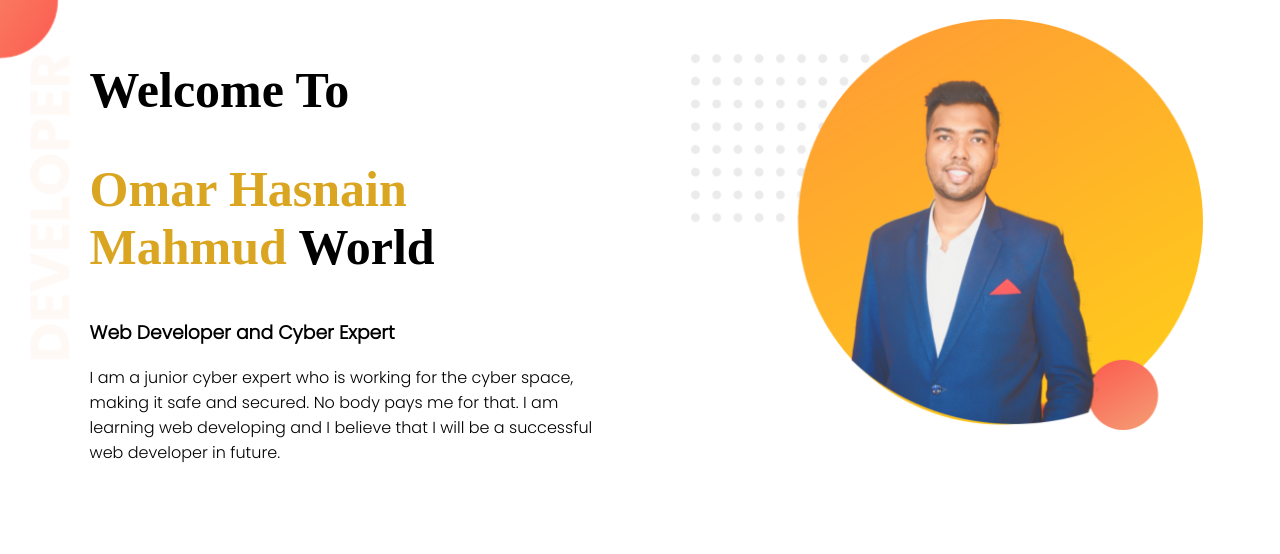
Repository: omarhasnain/web-portfolio
Page: index.html
An editor plug-in stored every save of this project. The page is shown before and after the next save, followed by the edit.
The browser window is 1280 px wide. The pictures show the whole page.
Some web fonts or font styles are not loaded; a fallback is used.

Above is the page before, as saved 2021-01-05 21:44:00.

After the next save:
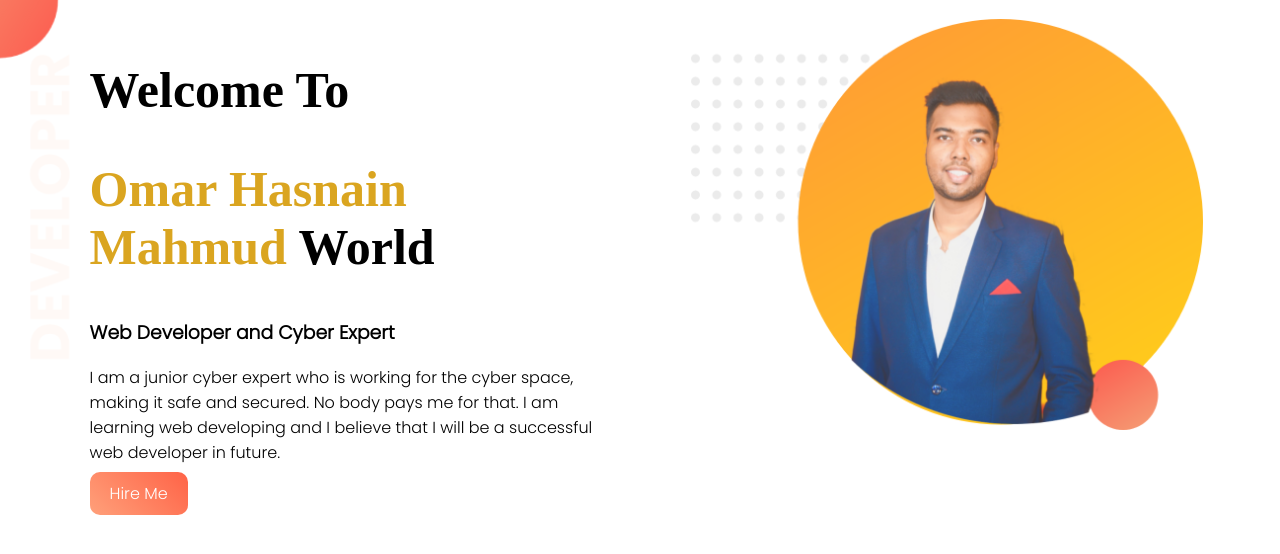
Saved 60 s later.
--- a/web portfolio style.css
+++ b/web portfolio style.css
@@ -33,7 +33,7 @@
 }
 .link-button{
     text-decoration: none;
-    background-image: linear-gradient ( 45deg, lightsalmon, tomato);
+    background-image: linear-gradient(45deg, lightsalmon, tomato);
     padding: 10px 20px;
     border-radius: 10px;
     color: white;
